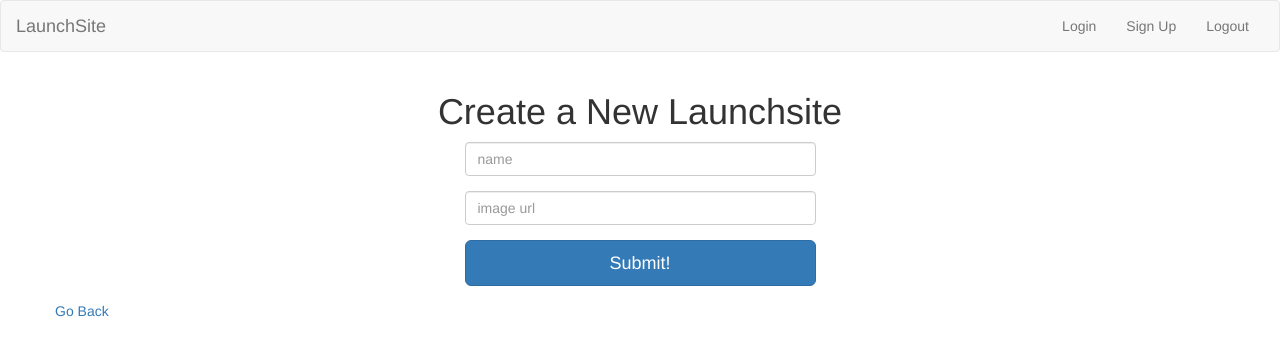
Repository: Oscar6/Udemy-workspace
Page: http://localhost/launchsite/new
The author's editor kept a record of every edit. The page is drawn from the files as they stood at one moment, then again after the next edit.
The browser window is 1280 px wide. The pictures show the whole page.
The page is served by the project's Node server (YelpCamp/v1/app.js).

Above is the page before.

### YelpCamp/v1/views/new.ejs
<% include partials/header %>
<div class="container">
    <div class="row">
        <h1 style="text-align: center;">Create a New Launchsite</h1>
        <div style="width: 30%; margin: 0 auto;"
            <form action="/launchsite" method="POST">
                <div class="form-group">
                    <input class="form-control" type="text" name="name" placeholder="name">
                </div>
                <div class="form-group">
                    <input class="form-control" type="text" name="image" placeholder="image url">
                </div>
                <div class="form-group">
                    <button class="btn btn-lg btn-primary btn-block">Submit!</button>
                </div>
            </form>
        </div>

        <a href="/launchsite">Go Back</a>
    </div>
</div>
<% include partials/footer %>

### YelpCamp/v1/views/partials/header.ejs
<!DOCTYPE html>
<html>
    <head>
        <title>YelpCamp</title>
        <link rel="stylesheet" href="https://maxcdn.bootstrapcdn.com/bootstrap/3.3.5/css/bootstrap.min.css">
    </head>
    <body>
       <nav class="navbar navbar-default">
          <div class="container-fluid">
             <div class="navbar-header">
                <a class="navbar-brand" href="/">LaunchSite</a>
             </div>
             <div class="collapse navbar-collapse">
                <ul class="nav navbar-nav navbar-right">
                   <li><a href="/">Login</a></li>
                   <li><a href="/">Sign Up</a></li>
                   <li><a href="/">Logout</a></li>
                </ul>
             </div>
          </div>
       </nav>

### YelpCamp/v1/app.js
var express = require("express");
var app = express();
var bodyParser = require("body-parser");

app.use(bodyParser.urlencoded({extended: true}));
app.set("view engine", "ejs");

var launchsite = [
        {name: "NASA", image: "https://www.nasa.gov/sites/all/themes/custom/nasatwo/images/nasa-logo.svg"},
        {name: "SpaceX", image: "https://botw-pd.s3.amazonaws.com/styles/logo-thumbnail/s3/042015/spacerx-logo_0.png?itok=SshEXNNF"},
        {name: "Tesla", image: "https://electrek.files.wordpress.com/2016/06/tesla-model-x-promo-shot-3-2.jpg?quality=82&strip=all&w=290&h=145&crop=1"},
    ];

app.get("/", function(req, res){
    res.render("landing");
});

app.get("/launchsite", function(req, res){
    res.render("launchsite", {launchsite: launchsite});
});

app.post("/launchsite", function(req, res){
    // get data from form and add to launchsite array
    var name = req.body.name;
    var image = req.body.image;
    var newLaunchsite = {name: name, image: image}
    launchsite.push(newLaunchsite);
    // redirect back to launchsite page
    res.redirect("/launchsite");
});

app.get("/launchsite/new", function(req,res){
    res.render("new.ejs");
});

app.listen(process.env.PORT, process.env.IP, function(){
    console.log("YelpCamp is running");
});

Loaded but not shown: YelpCamp/v1/views/partials/footer.ejs (common file)

After the next edit:
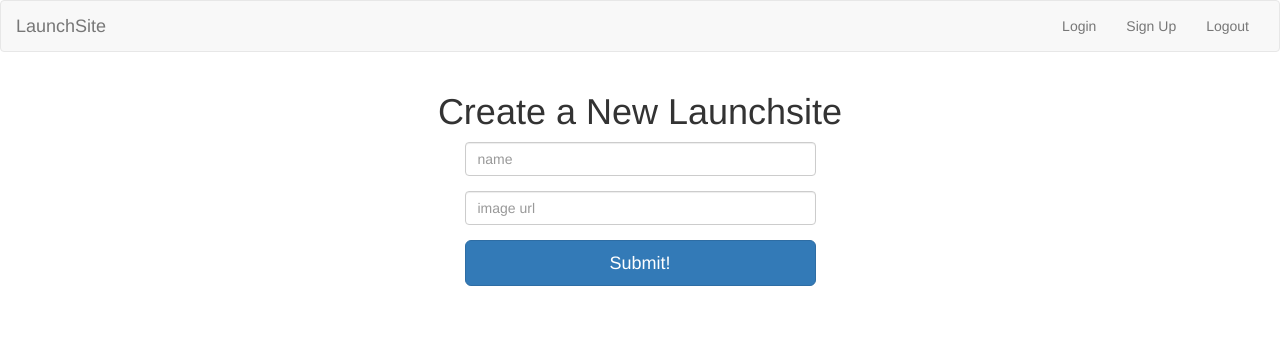
The edit:
--- a/YelpCamp/v1/views/new.ejs
+++ b/YelpCamp/v1/views/new.ejs
@@ -16,7 +16,7 @@
             </form>
         </div>
 
-        <a href="/launchsite">Go Back</a>
+
     </div>
 </div>
 <% include partials/footer %>
